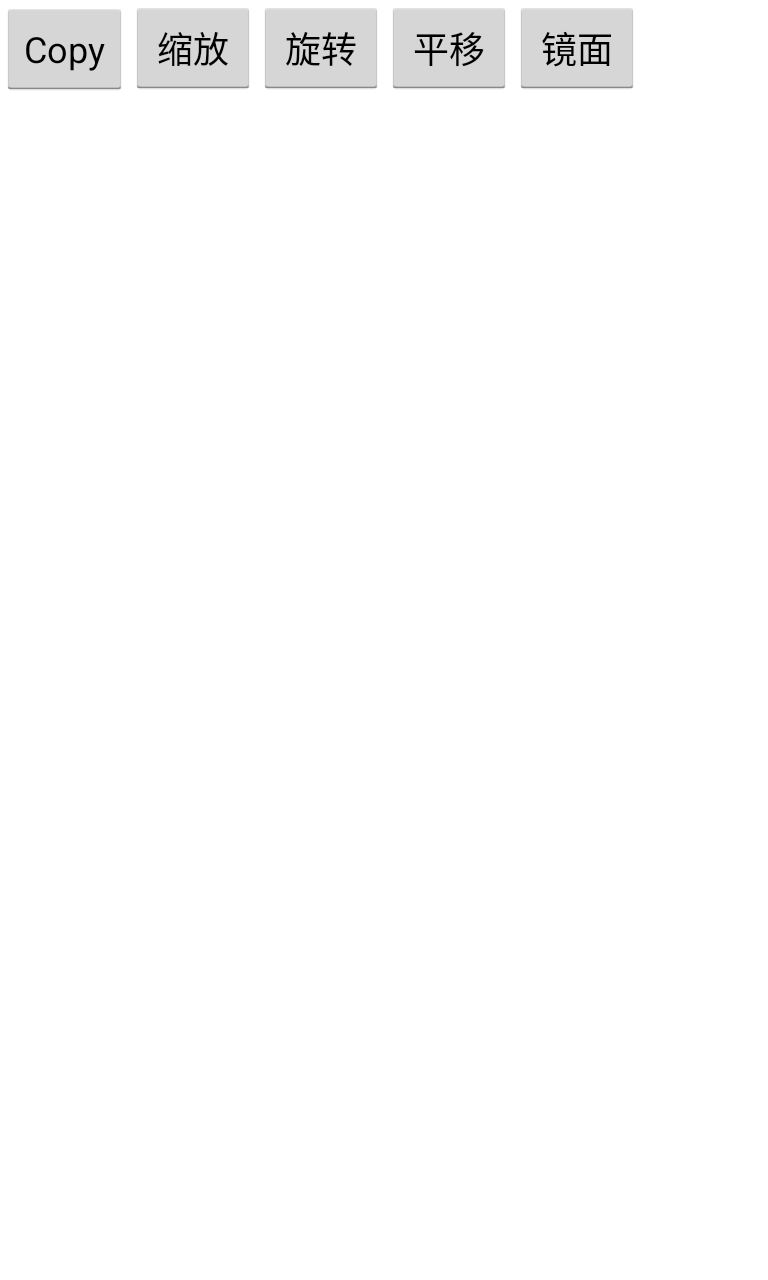
Repository: IvyZh/hm66
Layout: 黑马基础项目/res/layout/activity_copy.xml
These files come from the project's save history. The layout is drawn as it stood at one moment and after the next save; the edit follows.
It is drawn on a 768 x 1280 px phone screen (xhdpi) without system bars, with theme AppTheme; the app's code is not run.

Above is the layout before, as saved 2016-05-26 13:18:14.

After the next save:
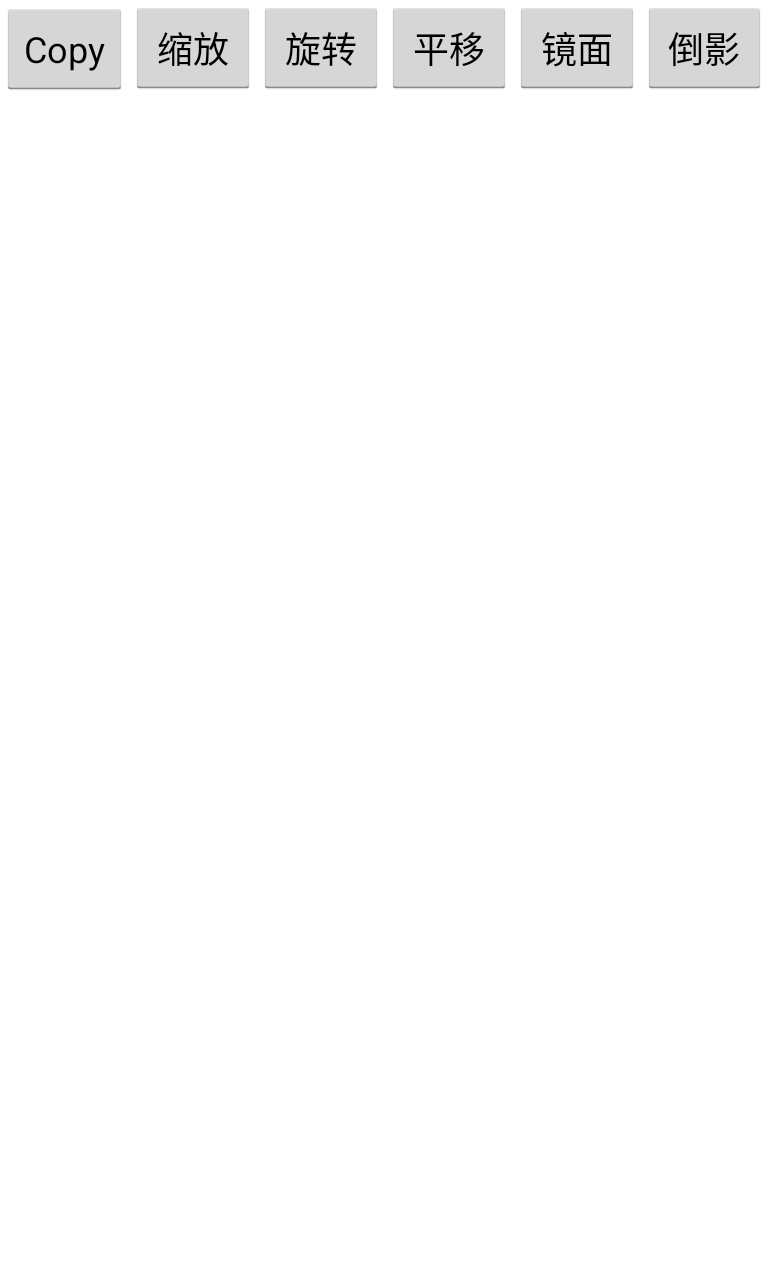
Saved 13 s later.
--- a/黑马基础项目/res/layout/activity_copy.xml
+++ b/黑马基础项目/res/layout/activity_copy.xml
@@ -39,6 +39,12 @@
             android:layout_height="wrap_content"
             android:onClick="click4"
             android:text="镜面" />
+            <Button
+            android:id="@+id/bt"
+            android:layout_width="wrap_content"
+            android:layout_height="wrap_content"
+            android:onClick="click4"
+            android:text="倒影" />
     </LinearLayout>
 
     <ImageView
